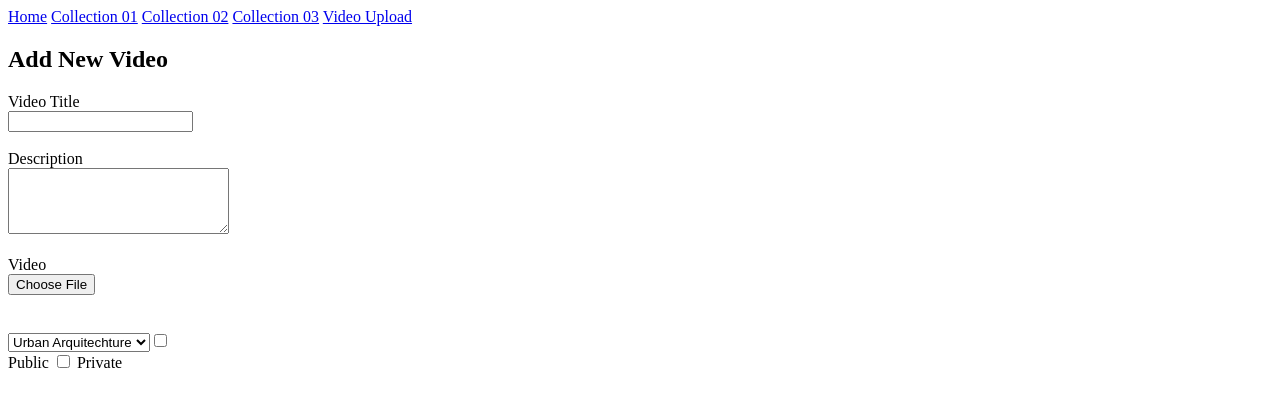
Repository: JoaoLemesDEV/Project-MyTube
Page: video_upload_page.html
An editor plug-in stored every save of this project. The page is shown before and after a run of saves, followed by the edit.
The browser window is 1280 px wide. The pictures show the whole page.

Above is the page before, as saved 2021-10-10 21:29:36.

### video_upload_page.html
<!DOCTYPE html>
<html lang="en">
<head>
  <meta charset="UTF-8">
  <meta http-equiv="X-UA-Compatible" content="IE=edge">
  <meta name="viewport" content="width=device-width, initial-scale=1.0">
  <title>My Ytube Website</title>
</head>
<body>
  <nav>
    <a href="/">Home</a>
    <a href="/collection1.html">Collection 01</a>
    <a href="/collection2.html">Collection 02</a>
    <a href="/collection3.html">Collection 03</a>
    <a href="/video_upload_page.html">Video Upload</a>
  </nav>
<h2>Add New Video</h2>

<label for="title">Video Title</label><br>
<input type="text" name="" id=""><br><br>
<label for="description">Description</label><br>
<textarea name="description" id="descripition" cols="25" rows="4"></textarea><br><br>
<label for="video">Video</label><br>
<input type="button" value="Choose File"><br><br><br>
<select name="collection" id=""><br>
  <option value="collection">Urban Arquitechture</option><br>
  <option value="collection">Coding Interviews</option><br>
  <option value="collection">Japan Aesthetic</option><br>
  <br><br><input type="checkbox" name="checkbox" id="">
  <br><label for="">Public</label>
  <input type="checkbox" name="" id="">
  <label for="">Private</label>
</select>
</body>
<footer></footer>
</html>

After the next 2 saves:
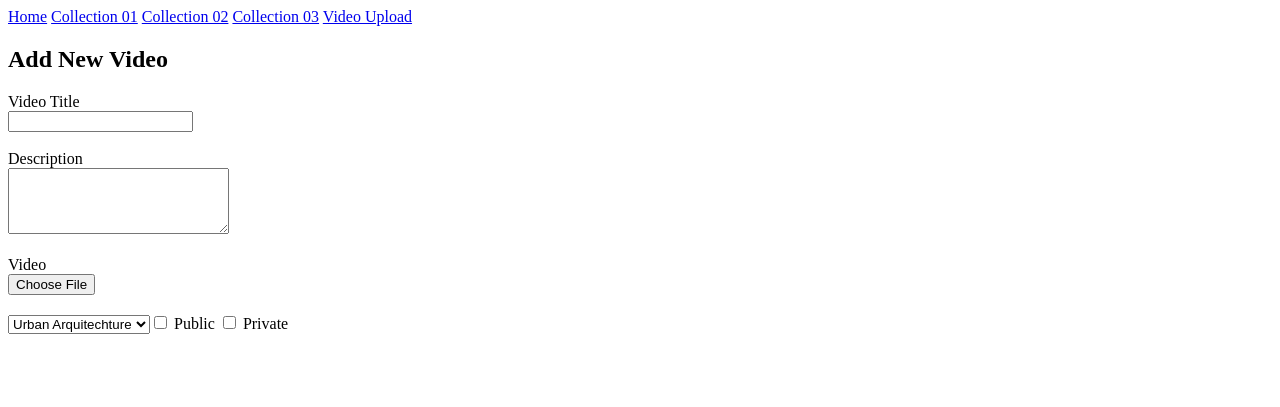
The 2 saves are shown as one change because they came seconds apart.
The last was saved 9 s later.
--- a/video_upload_page.html
+++ b/video_upload_page.html
@@ -21,13 +21,13 @@
 <label for="description">Description</label><br>
 <textarea name="description" id="descripition" cols="25" rows="4"></textarea><br><br>
 <label for="video">Video</label><br>
-<input type="button" value="Choose File"><br><br><br>
-<select name="collection" id=""><br>
-  <option value="collection">Urban Arquitechture</option><br>
-  <option value="collection">Coding Interviews</option><br>
-  <option value="collection">Japan Aesthetic</option><br>
-  <br><br><input type="checkbox" name="checkbox" id="">
-  <br><label for="">Public</label>
+<input type="button" value="Choose File"><br><br>
+<select name="collection" id="">
+  <option value="collection">Urban Arquitechture</option>
+  <option value="collection">Coding Interviews</option>
+  <option value="collection">Japan Aesthetic</option>
+  <input type="checkbox" name="checkbox" id="">
+  <label for="">Public</label>
   <input type="checkbox" name="" id="">
   <label for="">Private</label>
 </select>
